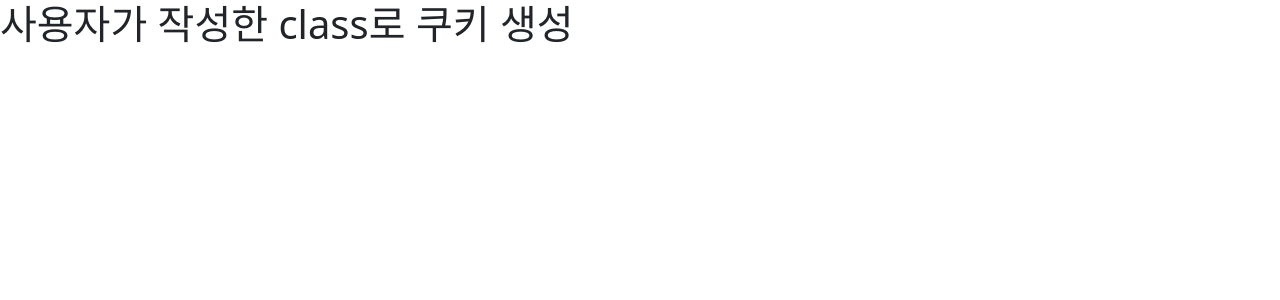
Repository: yeobleeme/06_jsp_basic
Page: http://localhost/jsp01_basic/jsp08_cookies/jsp08_mycookie.jsp
These files come from the project's save history. The page is drawn as it stood at one moment and after the next save; the edit follows.
The browser window is 1280 px wide. The pictures show the whole page.
The page is served by Tomcat 9. Other server files are loaded and not shown.

Above is the page before, as saved 2023-05-12 02:57:03.

### jsp01_basic/WebContent/jsp08_cookies/jsp08_mycookie.jsp
<%@page import="com.lec.cookie.MyCookie"%>
<%@page language="java" contentType="text/html; charset=UTF-8" pageEncoding="UTF-8"%>
<!DOCTYPE html>
<html>
<head>
	<meta charset="UTF-8">
	<meta name="viewport" content="width=device-width, initial-scale=1, minimum-scale=1, maximum-scale=1">
  	<link href="https://cdn.jsdelivr.net/npm/bootstrap@5.2.3/dist/css/bootstrap.min.css" rel="stylesheet">
  	<script src="https://cdn.jsdelivr.net/npm/bootstrap@5.2.3/dist/js/bootstrap.bundle.min.js"></script>
	<title>Insert title here</title>
</head>
<body>
	<h1>사용자가 작성한 class로 쿠키 생성</h1>
	<%
		response.addCookie(MyCookie.createCookie("id", "hong"));
		response.addCookie(MyCookie.createCookie("pw", "12345"));
		response.addCookie(MyCookie.createCookie("name", "홍길동"));
		response.addCookie(MyCookie.createCookie("pathxxx", "/jsp08_cookies/path1", "/jsp08_cookies", 60));

	%>
</body>
</html>

### jsp01_basic/src/main/java/com/lec/cookie/MyCookie.java
package com.lec.cookie;

import java.io.UnsupportedEncodingException;
import java.net.URLDecoder;
import java.net.URLEncoder;
import java.util.HashMap;
import java.util.Map;
import javax.servlet.http.Cookie;
import javax.servlet.http.HttpServletRequest;

public class MyCookie {

	private Map<String, Cookie> map = new HashMap<>();

	public MyCookie(HttpServletRequest req) {
		Cookie[] cookies = req.getCookies();
		if(cookies != null) {
			for(int i=0; i<cookies.length; i++) {
				map.put(cookies[i].getName(), cookies[i]);
			}
		}
	}

	public Cookie getCookie(String name) {
		return map.get(name);
	}

	public String getValue(String name) throws Exception {
		Cookie cookie = map.get(name);
		if(cookie == null) return null;
		return URLDecoder.decode(cookie.getValue(), "utf-8");

	}

	public boolean exists(String name) {
		return map.get(name) != null;

	}

	public static Cookie createCookie(String name, String value) throws Exception {
		return new Cookie(name, URLEncoder.encode(value, "utf-8"));
	}

	public static Cookie createCookie(String name, String value, String path, int maxAge) throws Exception {
		Cookie cookie = new Cookie(name, URLEncoder.encode(value, "utf-8"));
		cookie.setPath(path);
		cookie.setMaxAge(maxAge);
		return cookie;
	}

	public static Cookie createCookie(String name, String value, String path, String domain, int maxAge) throws Exception {
		Cookie cookie = new Cookie(name, URLEncoder.encode(value, "utf-8"));
		cookie.setDomain(domain);
		cookie.setPath(path);
		cookie.setMaxAge(maxAge);
		return cookie;
	}


}

After the next save:
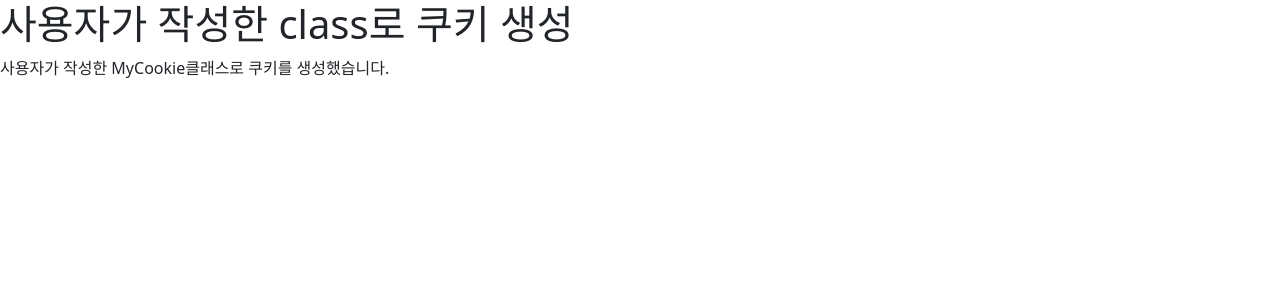
Saved 36 s later.
--- a/jsp01_basic/WebContent/jsp08_cookies/jsp08_mycookie.jsp
+++ b/jsp01_basic/WebContent/jsp08_cookies/jsp08_mycookie.jsp
@@ -18,5 +18,6 @@
 		response.addCookie(MyCookie.createCookie("pathxxx", "/jsp08_cookies/path1", "/jsp08_cookies", 60));
 
 	%>
+	<p>사용자가 작성한 MyCookie클래스로 쿠키를 생성했습니다.</p>
 </body>
 </html>
